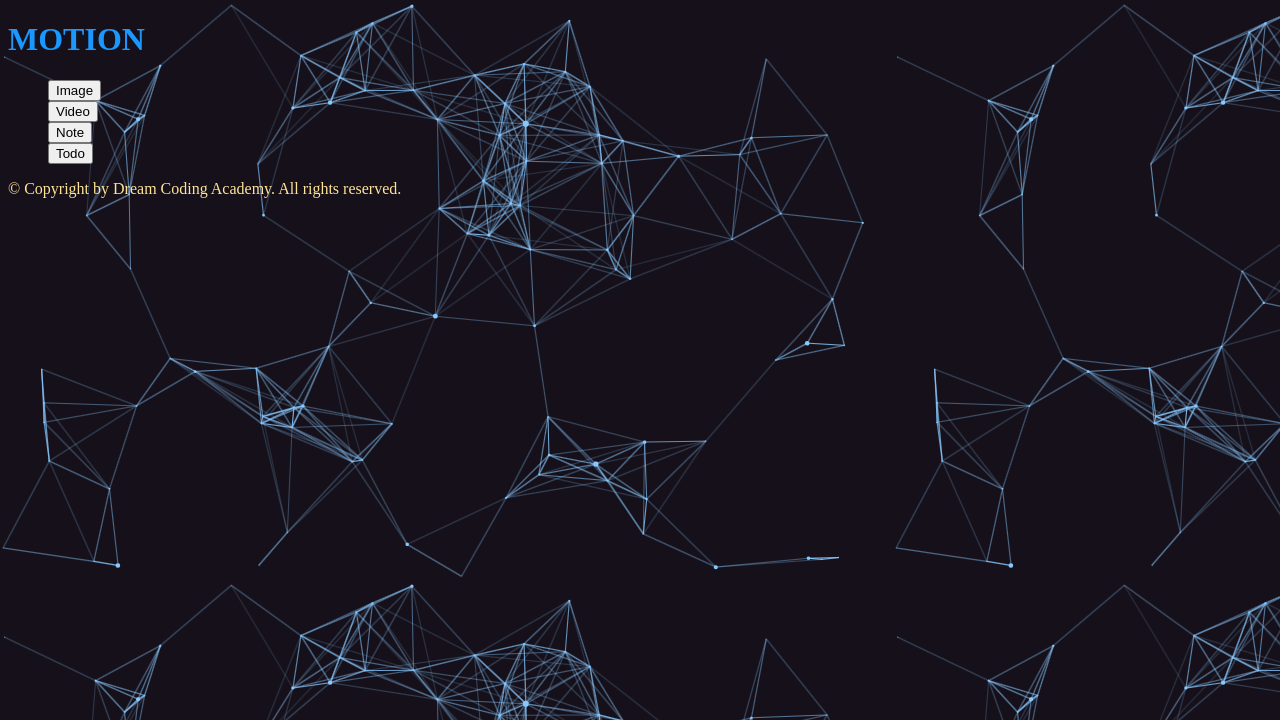
Repository: chefkuna/Motion
Page: index.html
The author's editor kept a copy of each file at every save. The page is drawn from the files as they stood at one save, then again after a run of saves.
The browser window is 1280 px wide. The pictures show the whole page.

Above is the page before, as saved 2022-08-21 14:35:24.

After the next 2 saves:
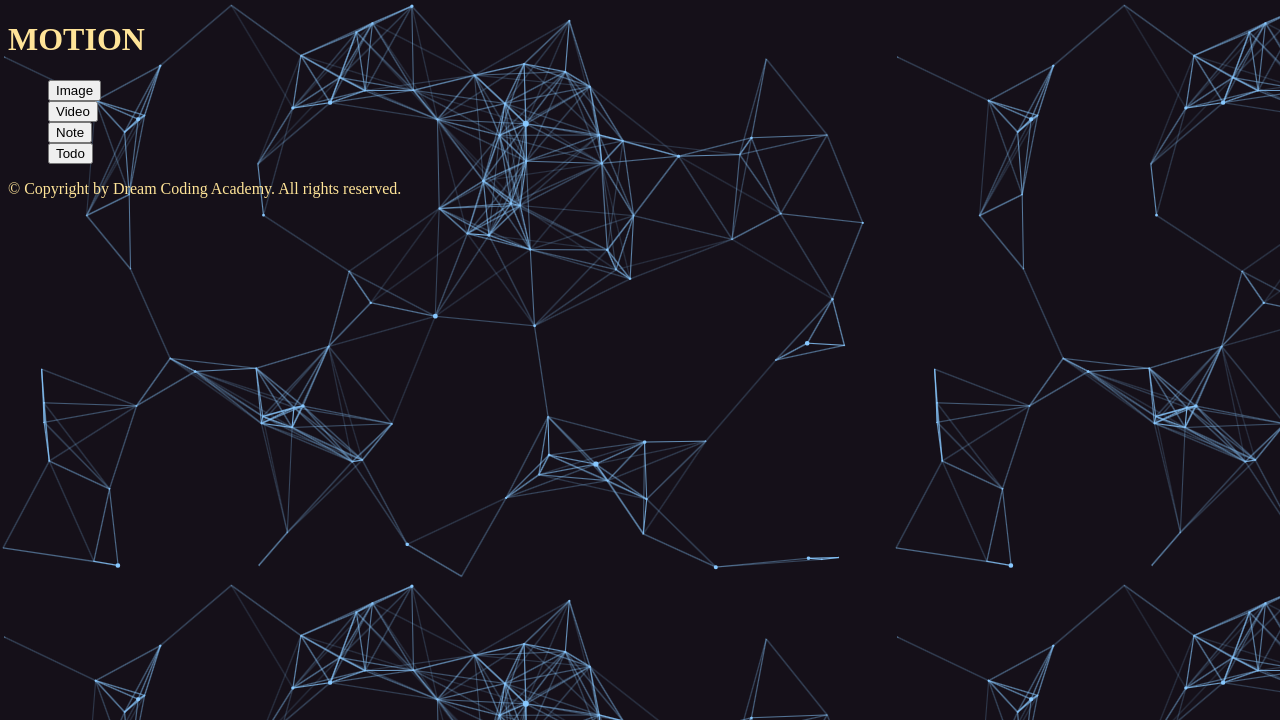
The 2 saves are shown as one change because they came seconds apart.
The last was saved 19 s later.
--- a/style/style.css
+++ b/style/style.css
@@ -29,5 +29,5 @@ body {
 }
 
 .banner__title {
-  color: var(--accent-color);
+  color: var(--text-accent-color);
 }
